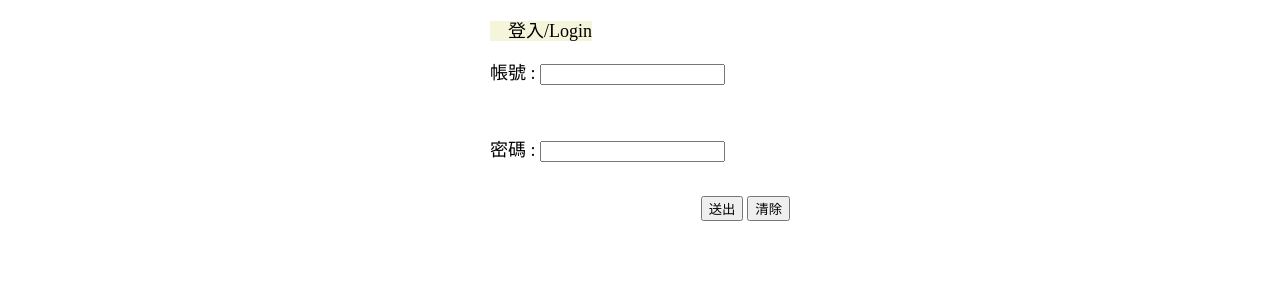
Repository: 107368009jungchengtsai/health
Page: http://localhost/login_demo/login.jsp
These files come from the project's save history. The page is drawn as it stood at one moment and after the next save; the edit follows.
The browser window is 1280 px wide. The pictures show the whole page.
The page is served by Tomcat 9. Other server files are loaded and not shown.

Above is the page before, as saved 2019-12-19 17:33:24.

### Final_project_2/workspace/login_demo/WebContent/login.jsp
<%@ page language="java" contentType="text/html; charset=BIG5"
    pageEncoding="BIG5"%>
<!DOCTYPE html PUBLIC "-//W3C//DTD HTML 4.01 Transitional//EN" "http://www.w3.org/TR/html4/loose.dtd">
<html>
<head>
<meta http-equiv="Content-Type" content="text/html; charset=BIG5">
<title>Login Page</title>
</head>
<body>
<div id="loginpage" class="show"
			style="margin: 0px auto; height: 300px; width: 1200px">

			<div id="loginpage" style="margin: 0px auto;width:300px;height:100px;">

			<form action="UserInfoServlet" method=post name=FORM1>
				<span style="margin: 0px auto;">
					<P>
						<font size='4' face=標楷體  style="background-color:#f5f5dc;height:100px;width:400px;">&nbsp;&nbsp;&nbsp;&nbsp;登入/Login</font>
					</P>

					<P>
						<font face=標楷體 size='4'>帳號 : </font> <INPUT type=text name=userIDText value="">
					</P>
					<BR />
					<P>
						<font face=標楷體 size='4'>密碼 : </font><INPUT type=password name=userPassText value="">
					</P>
					<BR />
				</span>
				<span style="float: right;">
				<INPUT type="submit" value="送出"
					name=button1 onClick="checkNameAndPassIsEmptyOrNot()" /> <INPUT
					type="reset" value="清除" name=reset1 />
				</span>
			</form>
			</div>



		</div>
</body>
</html>

After the next save:
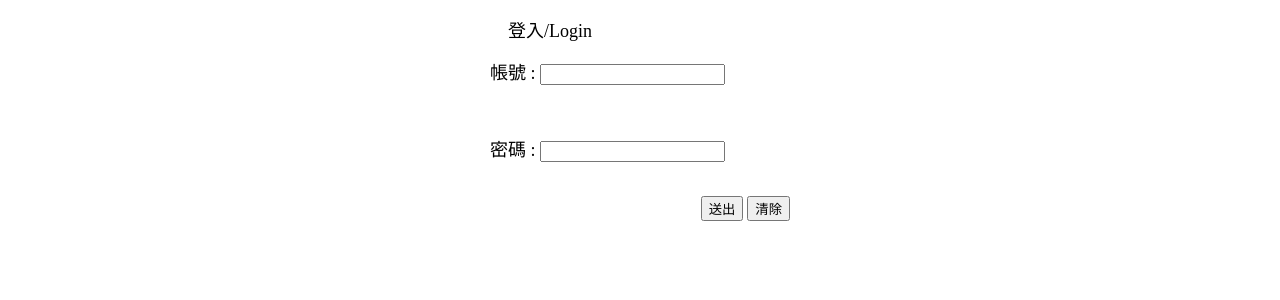
Saved 5 min 5 s later.
--- a/Final_project_2/workspace/login_demo/WebContent/login.jsp
+++ b/Final_project_2/workspace/login_demo/WebContent/login.jsp
@@ -15,7 +15,7 @@
 			<form action="UserInfoServlet" method=post name=FORM1>
 				<span style="margin: 0px auto;">
 					<P>
-						<font size='4' face=標楷體  style="background-color:#f5f5dc;height:100px;width:400px;">&nbsp;&nbsp;&nbsp;&nbsp;登入/Login</font>
+						<font size='4' face=標楷體  height:100px;width:400px;">&nbsp;&nbsp;&nbsp;&nbsp;登入/Login</font>
 					</P>
 
 					<P>
